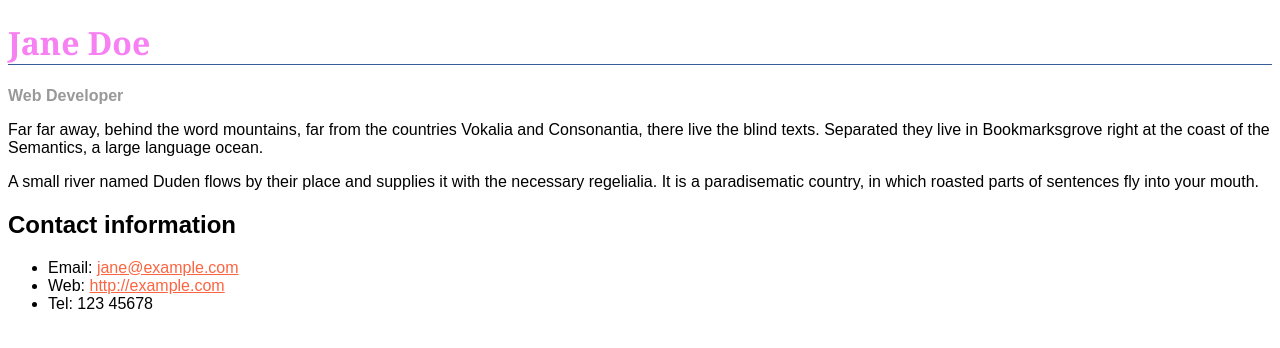
Repository: Valhally/web-projects
Page: sample-site/index.html
These files come from the project's save history. The page is drawn as it stood at one moment and after the next save; the edit follows.
The browser window is 1280 px wide. The pictures show the whole page.

Above is the page before, as saved 2021-08-11 16:22:02.

### sample-site/index.html
<!doctype html>
<html lang="zh-CN">
<head>
    <meta charset="utf-8">
    <title>开始学习CSS</title>
    <link rel = "stylesheet" href = "resources/styles.css">
</head>

<body>
    <h1>Jane Doe</h1>
    <div class="job-title">Web Developer</div>
    <p>Far far away, behind the word mountains, far from the countries Vokalia and Consonantia, there live the blind texts. Separated they live in Bookmarksgrove right at the coast of the Semantics, a large language ocean.</p>

    <p>A small river named Duden flows by their place and supplies it with the necessary regelialia. It is a paradisematic country, in which roasted parts of sentences fly into your mouth. </p>

    <h2>Contact information</h2>
    <ul>
        <li>Email: <a href="mailto:jane@example.com">jane@example.com</a></li>
        <li>Web: <a href="http://example.com">http://example.com</a></li>
        <li>Tel: 123 45678</li>
    </ul>

</body>

</html>

### sample-site/resources/styles.css
body {
    font-family: Arial, Helvetica, sans-serif;
}

h1 {
    color: #F781F3;
    font-size: 2em;
    font-family: Georgia, 'Times New Roman', Times, serif;
    border-bottom: 1px solid #375e97;
}

h2 {
    font-size: 1.5em;
}

.job-title {
    color: #999999;
    font-weight: bold;
}

a:link, a:visited {
    color: #fb6542;
}

a:hover {
    text-decoration: none;
}

After the next save:
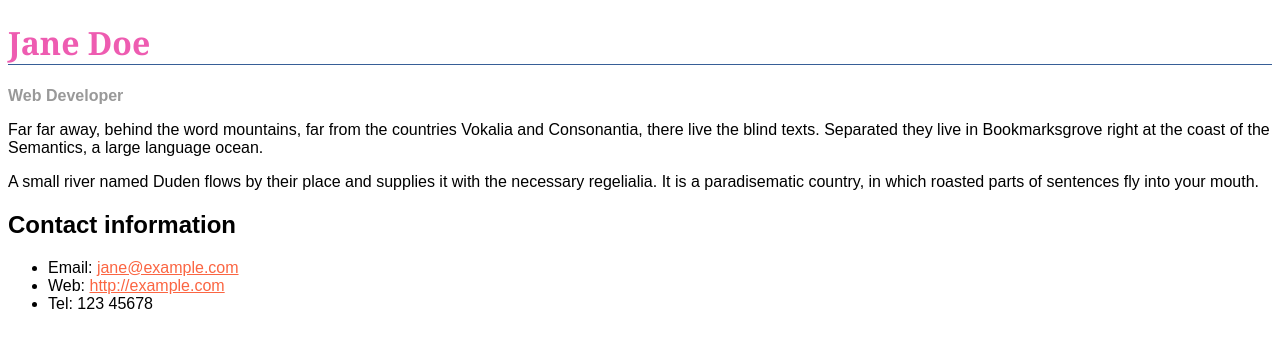
Saved 23 s later.
--- a/sample-site/resources/styles.css
+++ b/sample-site/resources/styles.css
@@ -3,7 +3,7 @@
 }
 
 h1 {
-    color: #F781F3;
+    color: #ee5cb1;
     font-size: 2em;
     font-family: Georgia, 'Times New Roman', Times, serif;
     border-bottom: 1px solid #375e97;
